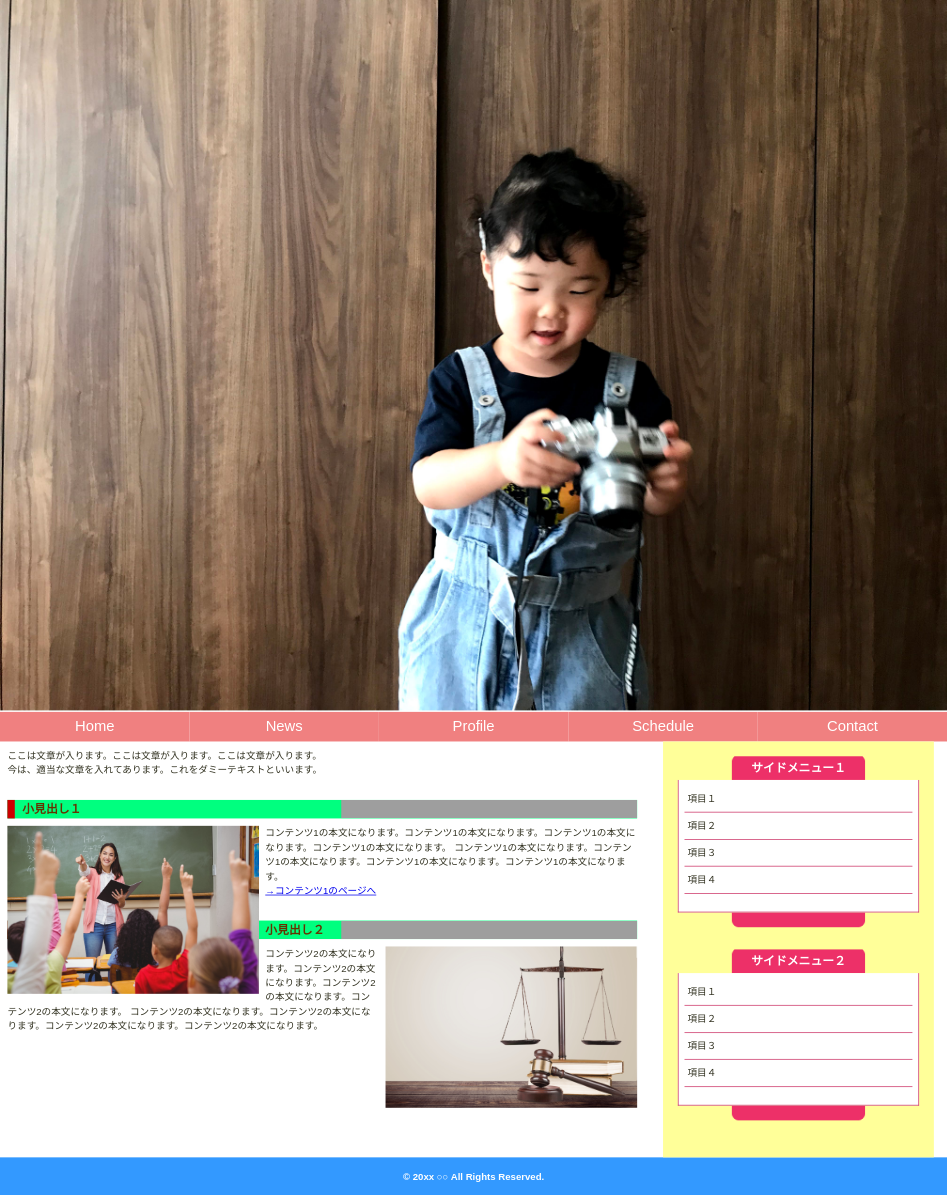
Repository: yutakakoyama/samurai_HTML-CSS
Page: home.html
The author's editor kept a record of every edit. The page is drawn from the files as they stood at one moment, then again after the next edit.
The browser window is 1280 px wide. The pictures show the whole page, at 74% of full size.
Pictures or frames that could not be fetched are drawn as grey boxes.

Above is the page before.

After the next edit:
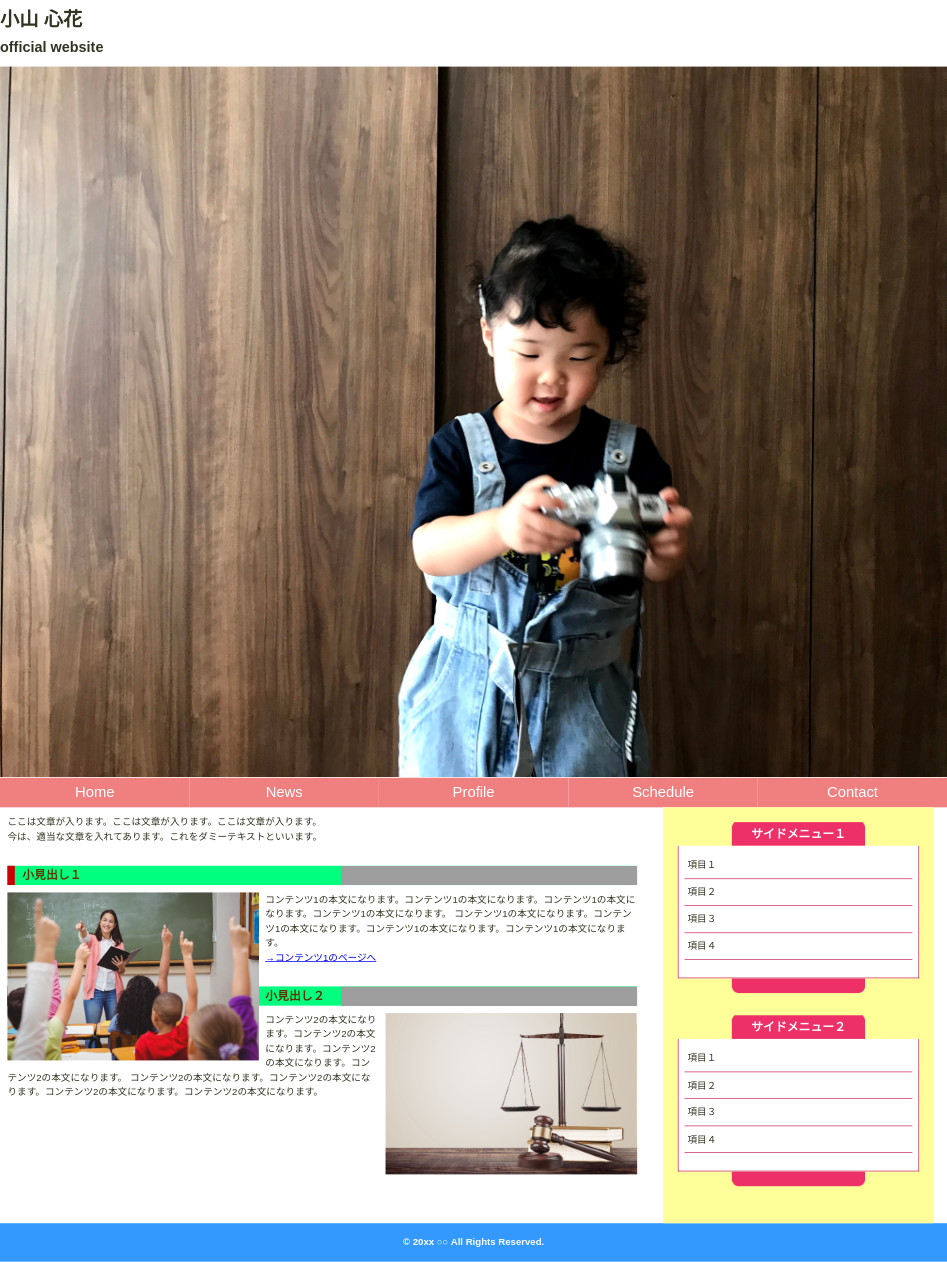
The edit:
--- a/home.html
+++ b/home.html
@@ -4,6 +4,8 @@
         <meta charset="UTF-8">
         <title>HTML/CSSの学習</title>
         <link rel="stylesheet" href="stylesheet.css"/>
+        <h1>小山 心花</h1>
+        <h2>official website</h2>
     </head>
     <body>
             <div id="header">
